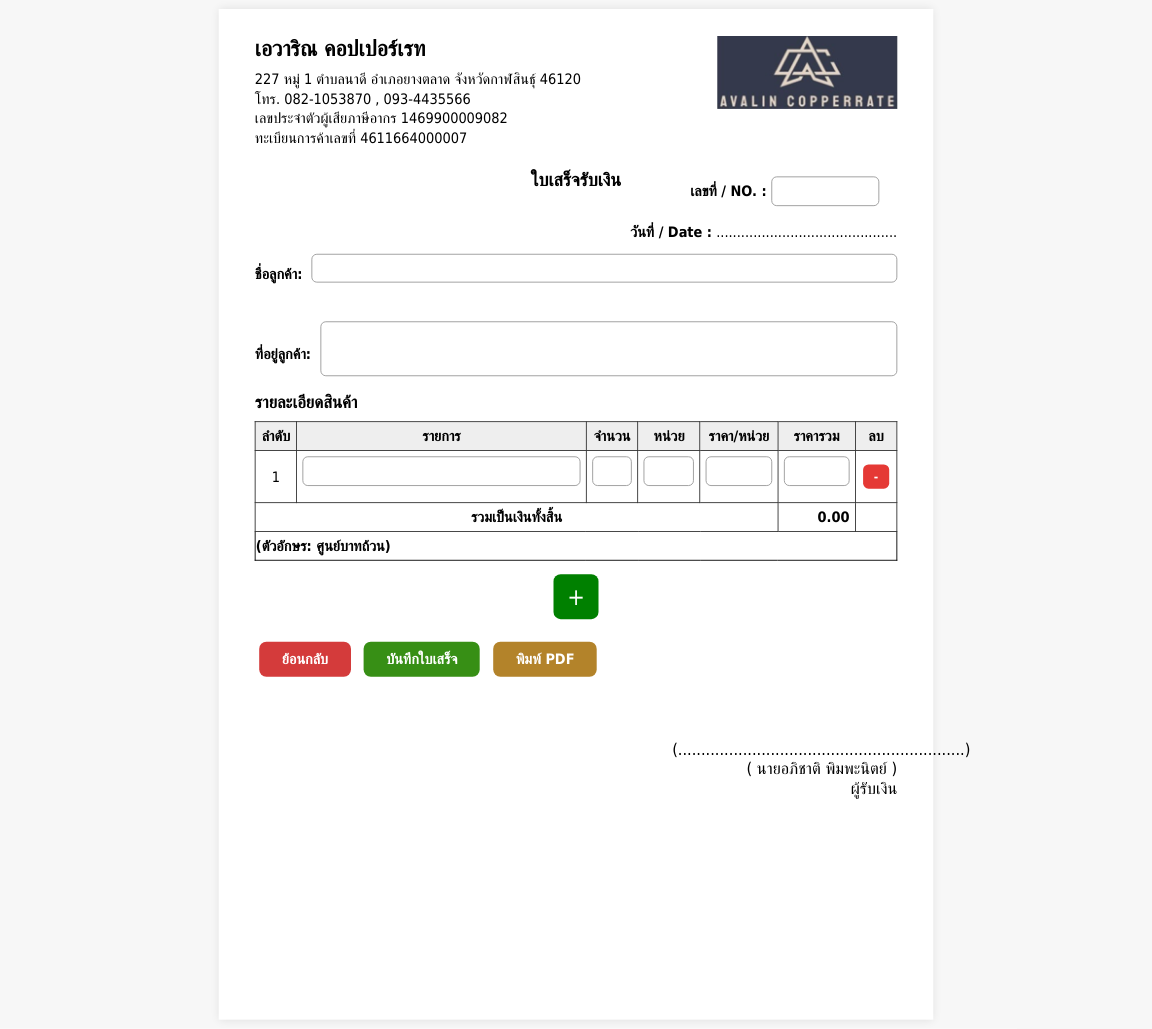
Repository: Hermesmercury88/shop_it
Page: quotation.html
These files come from the project's save history. The page is drawn as it stood at one moment and after the next save; the edit follows.
The browser window is 1280 px wide. The pictures show the whole page, at 90% of full size.
Some web fonts or font styles are not loaded; a fallback is used.

Above is the page before, as saved 2025-09-21 13:09:58.

### quotation.html
<!DOCTYPE html>
<html lang="th">
<head>
<meta charset="UTF-8">
<title>ใบเสร็จรับเงิน</title>
<link href="css/quotation.css" rel="stylesheet">
<style>
/* ตาราง */
table { border-collapse: collapse; width: 100%; }
table, th, td { border: 1px solid #000; }
th, td { padding: 5px; text-align: center; }
tfoot td { font-weight: bold; }

/* ปุ่ม */
.add-btn, .remove-btn { cursor: pointer; }

/* ปรับแถวรวม */
tfoot .total-row td { border-top: 1px solid #000; }
tfoot .total-row td:first-child { border-right: 1px solid #000; }
</style>
</head>
<body>
<div class="container" id="receiptContent">

    <!-- ส่วนหัว -->
    <div class="header-info">
        <div class="company">
            <h2>เอวาริณ คอปเปอร์เรท</h2>
            <p>227 หมู่ 1 ตำบลนาดี อำเภอยางตลาด จังหวัดกาฬสินธุ์ 46120</p>
            <p>โทร. 082-1053870 , 093-4435566</p>
            <p>เลขประจำตัวผู้เสียภาษีอากร 1469900009082</p>
            <p>ทะเบียนการค้าเลขที่ 4611664000007</p>
        </div>
        <div class="logo">
            <img src="./pic/logo.png" alt="logo">
        </div>
    </div>

    <!-- ฟอร์ม -->
    <form action="http://localhost/shop/save.php" method="post" id="receiptForm">

        <div class="doc-title">
            <h2>ใบเสร็จรับเงิน</h2>
            <div class="doc-info">
                <label>เลขที่ / NO. : <input type="text" name="order_no" required></label>
                <span><b>วันที่ / Date :</b> ............................................</span>
            </div>
        </div>

        <div class="customer-info">
            <label>ชื่อลูกค้า: <input type="text" name="customer_name" required></label><br>
            <label>ที่อยู่ลูกค้า: <textarea name="customer_address" rows="2" required></textarea></label>
        </div>

        <h3>รายละเอียดสินค้า</h3>
        <table id="itemsTable">
            <thead>
                <tr>
                    <th>ลำดับ</th>
                    <th>รายการ</th>
                    <th>จำนวน</th>
                    <th>หน่วย</th>
                    <th>ราคา/หน่วย</th>
                    <th>ราคารวม</th>
                    <th>ลบ</th>
                </tr>
            </thead>
            <tbody>
                <tr>
                    <td>1</td>
                    <td><input type="text" name="item_name[]"></td>
                    <td><input type="number" name="qty[]" class="qty"></td>
                    <td><input type="text" name="unit[]"></td>
                    <td><input type="number" name="price[]" class="price"> </td>
                    <td><input type="text" name="total[]" class="total" readonly></td>
                    <td><button type="button" class="remove-btn">-</button></td>
                </tr>
            </tbody>
            <tfoot>
                <!-- รวมเป็นเงินทั้งสิ้น -->
                 <tr>
                    <td colspan="5" style="text-align:center;font-weight:bold;">รวมเป็นเงินทั้งสิ้น</td>
                    <td style="text-align:right;font-weight:bold;">
                        <span id="grandTotalDisplay">0.00</span>
                    </td>
                    <td></td>
                </tr>
                <!-- ตัวอักษร -->
                 <tr>
                    <td colspan="7" style="text-align:left;font-weight:bold;">
                        (ตัวอักษร: <span id="thaiTextDisplay">ศูนย์บาทถ้วน</span>)
                    </td>
                </tr>
            </tfoot>
        </table>

        <input type="hidden" name="grand_total" id="grand_total_input">

        <button type="button" class="add-btn">+</button>
        <button type="button" class="button btn-back" onclick="window.location.href='index.html'">ย้อนกลับ</button>
        <button type="submit" class="button btn-save">บันทึกใบเสร็จ</button>
        <button type="button" class="button btn-print" onclick="printPDF()">พิมพ์ PDF</button>
    </form>

    <div class="signature">
        <p>(..............................................................)<br>( นายอภิชาติ พิมพะนิตย์ )<br>ผู้รับเงิน</p>
    </div>
</div>

<script>
// แปลงตัวเลขเป็นภาษาไทย
function numberToThaiText(number) {
    const txtnum = ["ศูนย์","หนึ่ง","สอง","สาม","สี่","ห้า","หก","เจ็ด","แปด","เก้า"];
    const txtdigit = ["","สิบ","ร้อย","พัน","หมื่น","แสน","ล้าน"];
    if(number === 0) return "ศูนย์บาทถ้วน";
    let bahtText = "";
    let numStr = number.toFixed(2).toString();
    let [intPart, decPart] = numStr.split(".");
    let intLen = intPart.length;

    for(let i=0; i<intLen; i++){
        let n = parseInt(intPart.charAt(i));
        let pos = intLen - i - 1;
        if(n!==0){
            if(pos==1 && n==1) bahtText += "สิบ";
            else if(pos==1 && n==2) bahtText += "ยี่สิบ";
            else if(pos==0 && n==1 && intLen>1) bahtText += "เอ็ด";
            else bahtText += txtnum[n] + (pos>0?txtdigit[pos]:"");
        }
    }
    bahtText += "บาท";
    if(decPart=="00") bahtText += "ถ้วน";
    else {
        let d1 = parseInt(decPart.charAt(0));
        let d2 = parseInt(decPart.charAt(1));
        if(d1!=0){
            if(d1==1) bahtText += "สิบ";
            else if(d1==2) bahtText += "ยี่สิบ";
            else bahtText += txtnum[d1]+"สิบ";
        }
        if(d2!=0){
            if(d2==1) bahtText += "เอ็ดสตางค์";
            else bahtText += txtnum[d2]+"สตางค์";
        }
    }
    return bahtText;
}

// คำนวณราคารวม
function calculateTotals() {
    let qtys = document.querySelectorAll(".qty");
    let prices = document.querySelectorAll(".price");
    let totals = document.querySelectorAll(".total");
    let grandTotal = 0;

    qtys.forEach((qty, i) => {
        let q = parseFloat(qty.value) || 0;
        let p = parseFloat(prices[i].value) || 0;
        let sum = q * p;
        totals[i].value = sum.toFixed(2);
        grandTotal += sum;
    });

    // แสดงผลรวม
    document.getElementById("grandTotalDisplay").innerText = grandTotal.toFixed(2);
    document.getElementById("grand_total_input").value = grandTotal.toFixed(2);

    // แสดงตัวอักษร
    document.getElementById("thaiTextDisplay").innerText = numberToThaiText(grandTotal);
}

// event คำนวณอัตโนมัติ
document.addEventListener("input", function(e){
    if(e.target.classList.contains("qty") || e.target.classList.contains("price")){
        calculateTotals();
    }
});

// เพิ่มแถวสินค้า
document.querySelector(".add-btn").addEventListener("click", function(){
    let table = document.getElementById("itemsTable").getElementsByTagName("tbody")[0];
    let rowCount = table.rows.length;
    let row = table.insertRow();
    row.innerHTML = `
        <td>${rowCount+1}</td>
        <td><input type="text" name="item_name[]"></td>
        <td><input type="number" name="qty[]" class="qty"></td>
        <td><input type="text" name="unit[]"></td>
        <td><input type="number" name="price[]" class="price"></td>
        <td><input type="text" name="total[]" class="total" readonly></td>
        <td><button type="button" class="remove-btn">ลบ</button></td>
    `;
});

// ลบแถวสินค้า
document.getElementById("itemsTable").addEventListener("click", function(e){
    if(e.target.classList.contains("remove-btn")){
        let row = e.target.closest("tr");
        row.parentNode.removeChild(row);
        calculateTotals();
        let rows = document.querySelectorAll("#itemsTable tbody tr");
        rows.forEach((r, i) => r.cells[0].innerText = i+1);
    }
});

// ปุ่มพิมพ์ PDF
function printPDF() {
  window.print();
}

</script>
</body>
</html>

### css/quotation.css
@font-face {
    font-family: "TH SarabunPSK";
    src: url("./fonts/THSarabunPSK.woff2") format("woff2"),
         url("./fonts/THSarabunPSK.woff") format("woff"),
         url("./fonts/THSarabunPSK.ttf") format("truetype");
    font-weight: normal;
    font-style: normal;
}

/* รีเซ็ต */
* {
    margin: 0;
    padding: 0;
    box-sizing: border-box;
    font-family: "TH SarabunPSK", Tahoma, sans-serif;
}

body {
    background: #f7f7f7;
    padding: 10px;
    display: flex;
    justify-content: center;
}

.container {
    background: #fff;
    width: 210mm;       /* กำหนดตรง A4 */
    min-height: 297mm;  /* ความสูง A4 */
    padding: 30px 40px;
    box-shadow: 0 0 10px rgba(0,0,0,0.1);
}

/* ส่วนหัว */
.header-info {
    display: flex;
    justify-content: space-between;
    margin-bottom: 22px;
}

.company {
    width: 65%;
    text-align: left;
}

.company h1 {
    font-size: 30px;
    margin-bottom: 10px;
}

.company h2 {
    font-size: 24px;
    margin-bottom: 10px;
}

.company p {
    font-size: 16px;
    margin: 3px 0;
}

.logo {
    text-align: left;
    margin-bottom: 20px;
}

.logo img {
    width: 200px;
    height: auto;
    display: block;
}

/* หัวใบเสร็จ */
.doc-title {
    text-align: center;
    margin: 20px 0 70px;
    position: relative;
}

.doc-title h2 {
    font-size: 20px;
    font-weight: bold;
}

.doc-info {
    position: absolute;
    right: 0;
    top: 0;
    font-size: 20px;
    text-align: right;
}

.doc-info span {
    display: block;
    margin: 3px 0;
}

.doc-info label,
.doc-info span {
    font-size: 16px;
}

/* เลขที่/NO ให้อยู่บรรทัดเดียวกับ input */
.doc-info label {
  display: inline-block;
  font-weight: bold;
  margin-right: 20px;
}

.doc-info input[type="text"] {
  width: 120px;
  display: inline-block;
}

/* ลูกค้าและที่อยู่ต่อท้าย label */
.customer-info label {
  display: flex;
  align-items: center;   /* แกนแนวตั้งให้กลาง */
  margin: 6px 0;
  font-weight: bold;
}

.customer-info input,
.customer-info textarea {
  margin-left: 10px;    /* ช่องว่างระหว่าง label กับ field */
  flex: 1;              /* ให้ช่องขยายเต็มที่ */
  font-family: "TH SarabunPSK", sans-serif;
  font-size: 16px;      /* ฟอนต์กลางๆ */
  padding: 4px 6px;     /* เพิ่ม padding เล็กน้อย */
}

.customer-info textarea {
  resize: none;
  line-height: 1.6;
  min-height: 50px;     /* กำหนดความสูงขั้นต่ำ */
  white-space: normal;
  word-wrap: break-word;
}

.signature {
    width: 250px;          /* กำหนดความกว้างของกล่องลายเซ็น */
    margin-left: auto;      /* ชิดขวา */
    text-align: center;     /* ข้อความภายในชิดกลาง */
    margin-top: 40px;       /* เว้นระยะด้านบน */
    font-family: "TH SarabunPSK", sans-serif;
    font-size: 16px;        /* ขนาดฟอนต์ */
}




/* รวมเป็นเงินทั้งสิ้น */
tfoot td {
  border: 1px solid #333;
}


/* ฟอร์ม */
label {
  font-size: 16px;
  font-weight: bold;
  display: block;
  margin: 8px 0 4px;
}

input[type="text"], textarea, input[type="number"] {
  font-size: 16px;
  padding: 6px;
  border: 1px solid #999;
  border-radius: 6px;
  width: 100%;
  margin-bottom: 12px;
}

/* ตาราง */
table {
  width: 100%;
  border-collapse: collapse;
  margin-top: 10px;
  table-layout: fixed; /* ใช้ความกว้างตามที่กำหนด */
}

table th,
table td {
  border: 1px solid #333;
  padding: 6px;
  text-align: center;
  font-size: 16px;
  word-wrap: break-word;   /* บังคับตัดคำ */
  word-break: break-word;  /* กันข้อความยาวติดกันไม่ตัด */
  white-space: normal;     /* ให้ขึ้นบรรทัดใหม่ได้ */
}

table th {
  background: #eee;
  font-weight: bold;
}



/* กำหนดสัดส่วนคอลัมน์ */
table th:nth-child(1), table td:nth-child(1) { width: 8%; }   /* ลำดับ */
table th:nth-child(2), table td:nth-child(2) { width: 55%; }  /* รายการ (กว้างสุด) */
table th:nth-child(3), table td:nth-child(3) { width: 10%; }  /* จำนวน */
table th:nth-child(4), table td:nth-child(4) { width: 13%; }  /* หน่วย */
table th:nth-child(5), table td:nth-child(5) { width: 15%; }  /* ราคา/หน่วย */
table th:nth-child(6), table td:nth-child(6) { width: 15%; }  /* ราคารวม */
table th:nth-child(7), table td:nth-child(7) { width: 8%; }  /* ลบ */

/* ปุ่ม */
.button {
  display: inline-block;
  font-size: 16px;
  font-weight: bold;
  padding: 10px 25px;
  margin: 10px 5px;
  border: none;
  border-radius: 8px;
  cursor: pointer;
  color: white;
}

.btn-back { background: #d43b3b; }
.btn-save { background: #378f15; }
.btn-print { background: #b3832a; }

.add-btn {
  display: block;
  margin: 15px auto;
  width: 50px;
  height: 50px;
  font-size: 26px;
  background: green;
  color: white;
  border: none;
  border-radius: 8px;
  cursor: pointer;
}

/* ปุ่มลบ */
.remove-btn {
  background-color: #e53935;
  color: white;
  border: none;
  padding: 6px 12px;
  border-radius: 6px;
  cursor: pointer;
  font-weight: bold;
}

.remove-btn:hover {
  background-color: #ef5350;
}

/* รวมเงิน */
.grand-total {
  text-align: right;
  font-weight: bold;
  font-size: 18px;
  margin-top: 15px;
}

/* ลายเซ็น */
.signature {
  margin-top: 60px;
  text-align: right;
  font-size: 18px;
}

/* @media print */
/* @media print */
@media print {
  #thaiTextDisplay {
    display: inline-block !important;   /* ให้ span แสดงแน่นอน */
    font-weight: bold !important;
    font-size: 16px !important;
    color: #000 !important;
    text-align: center !important;
    white-space: normal !important;   /* บังคับให้ตัดบรรทัดได้ */
    word-wrap: break-word !important; /* ตัดบรรทัดเมื่อเกิน */
    word-break: break-word !important;
  }

  /* ซ่อนปุ่มทั้งหมด */
  .button, .add-btn, .remove-btn {
    display: none !important;
  }

  /* ซ่อนคอลัมน์ลบในตาราง */
  th:last-child, td:last-child {
    display: none !important;
  }

  input, textarea {
    border: none !important;
    outline: none !important;
    background: transparent !important;
    pointer-events: none;
    font-size: 16px !important;   /* ฟอนต์ 16 */
    font-family: "TH SarabunPSK", sans-serif;
    color: #000;
    white-space: normal !important;
    word-wrap: break-word !important;
    word-break: break-word !important;
  }

  input::placeholder, textarea::placeholder {
    color: transparent !important;
  }

  body {
    background: none !important;
    padding: 0 !important;
  }

  .container {
    box-shadow: none !important;
    margin: 0 auto !important;
    width: 210mm !important;
    min-height: 297mm !important;
    background: #fff !important;
  }

  @page {
    size: A4 portrait;
    margin: 15mm;
  }
}

/* td ที่ครอบ span ใน tfoot */
tfoot tr:last-child td {
  display: table-cell !important;
  text-align: left !important;
  border: none !important;
  padding-left: 0 !important;
  font-size: 16px !important;
  white-space: normal !important;
  word-wrap: break-word !important;
  word-break: break-word !important;
}

/* กำหนดสัดส่วนคอลัมน์ */
table th:nth-child(1), table td:nth-child(1) { width: 8%; }   /* ลำดับ */
table th:nth-child(2), table td:nth-child(2) { width: 56%; }  /* รายการ (กว้างสุด) */
table th:nth-child(3), table td:nth-child(3) { width: 10%; }  /* จำนวน */
table th:nth-child(4), table td:nth-child(4) { width: 12%; }  /* หน่วย */
table th:nth-child(5), table td:nth-child(5) { width: 15%; }  /* ราคา/หน่วย */
table th:nth-child(6), table td:nth-child(6) { width: 15%; }  /* ราคารวม */

.summary-outside {
  display: none !important;
}

/* ข้อความในตาราง */
table th, table td {
  font-size: 16px !important;
  white-space: normal !important;   /* บังคับให้ขึ้นบรรทัด */
  word-wrap: break-word !important;
  word-break: break-word !important;
}

After the next save:
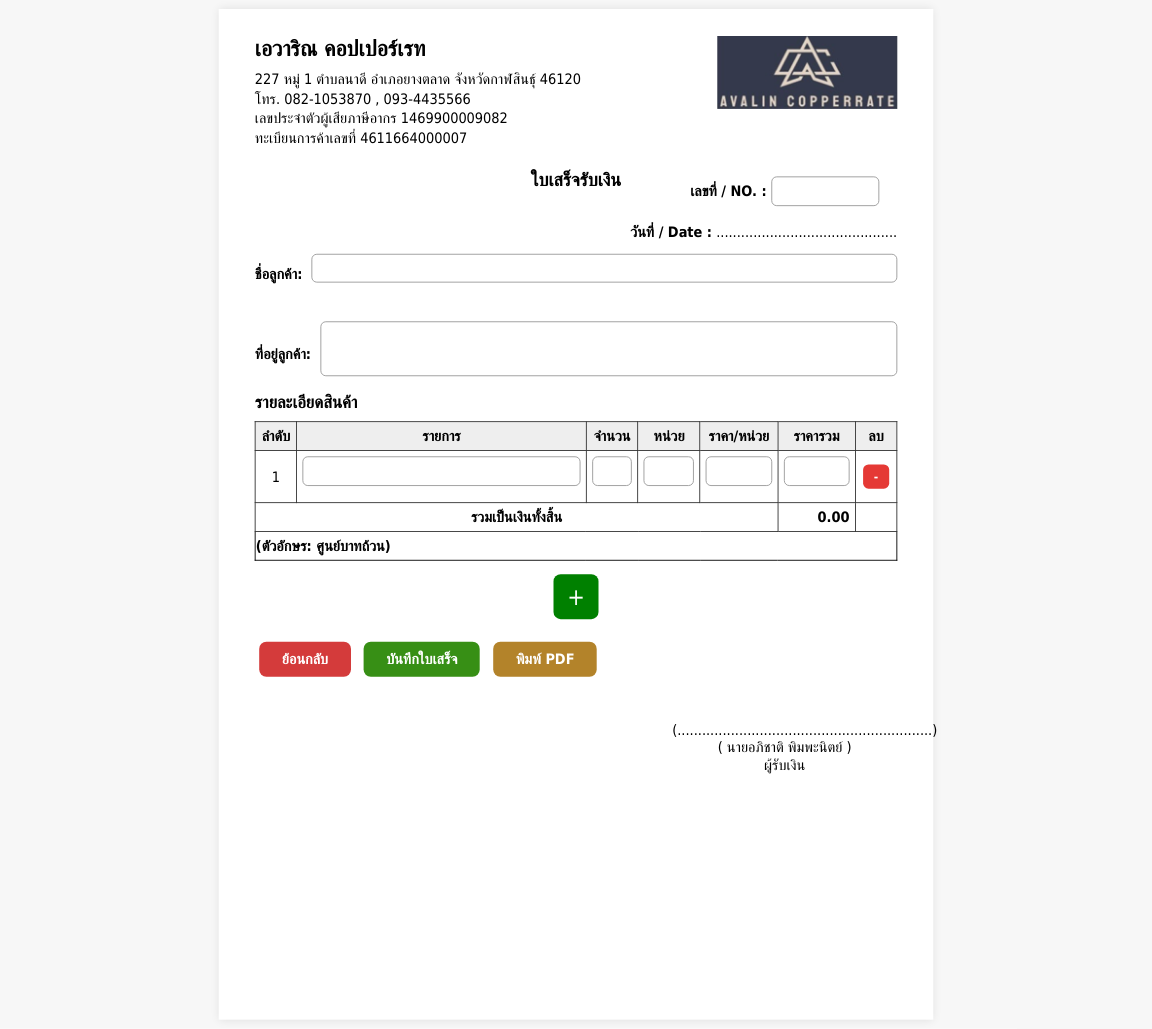
Saved 30 s later.
--- a/css/quotation.css
+++ b/css/quotation.css
@@ -259,11 +259,7 @@
 }
 
 /* ลายเซ็น */
-.signature {
-  margin-top: 60px;
-  text-align: right;
-  font-size: 18px;
-}
+.signature
 
 /* @media print */
 /* @media print */

After the save that followed:
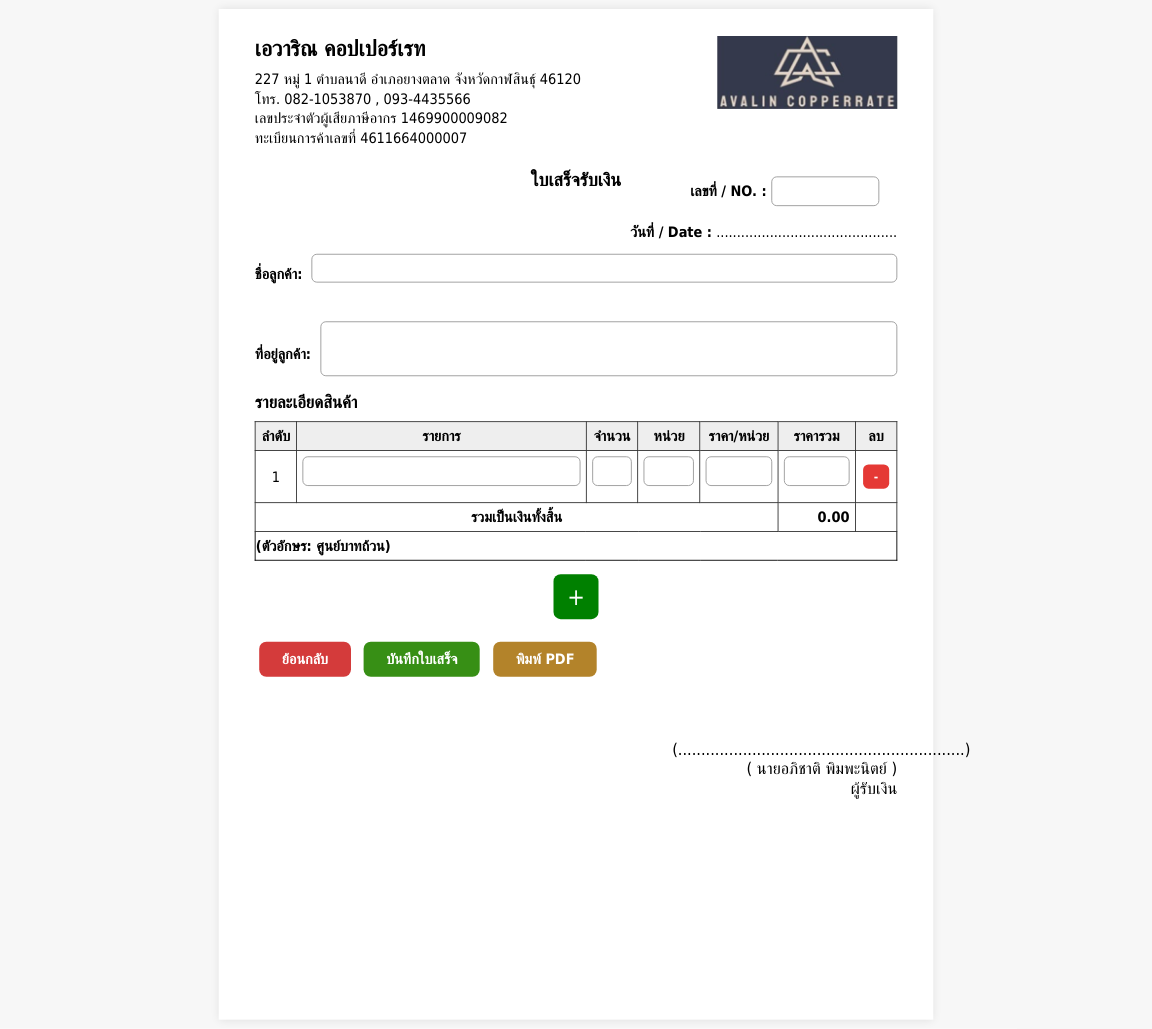
Saved 5 s later.
--- a/css/quotation.css
+++ b/css/quotation.css
@@ -259,7 +259,11 @@
 }
 
 /* ลายเซ็น */
-.signature
+.signature {
+  margin-top: 60px;
+  text-align: right;
+  font-size: 18px;
+}
 
 /* @media print */
 /* @media print */
